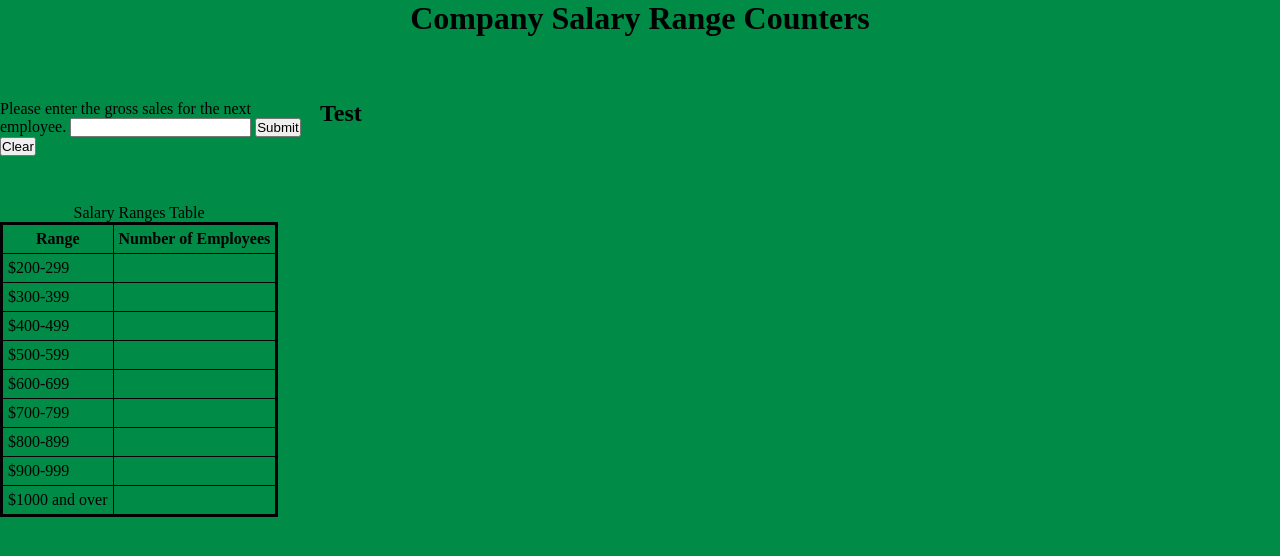
Repository: mlmEFSC21/P17-Sales-Commision
Page: sales.html
The author's editor kept a copy of each file at every save. The page is drawn from the files as they stood at one save, then again after the next save.
The browser window is 1280 px wide. The pictures show the whole page.

Above is the page before, as saved 2022-04-02 08:01:29.

### sales.html
<!DOCTYPE html>
<html lang="en">
    <head>
        <meta charset="UTF-8" />
        <meta http-equiv="X-UA-Compatible" content="IE=edge" />
        <meta name="viewport" content="width=device-width, initial-scale=1.0" />
        <link rel="stylesheet" href="sales.css" />
        <script defer src="sales.js"></script>
        <title>Company Salary Range Counters</title>
    </head>
    <body>
        <header class="mainHeader">
            <h1>Company Salary Range Counters</h1>
        </header>
        <section class="mainContent">
            <div class="formContainer" id="formContainer">
                <form class="salaryForm" id="salaryForm">
                    <label for="grossSales"
                        >Please enter the gross sales for the next employee.</label
                    >
                    <input type="text" name="grossSales" class="salesInp" id="salesInp" required />
                    <button type="submit" class="submit-btn" id="submit-btn">Submit</button>
                    <button type="reset" class="clear-btn" id="clear-btn">Clear</button>
                </form>
            </div>
            <div class="currentSalary">
                <h2>Test</h2>
            </div>
            <div class="tableContainer" id="tableContainer">
                <table>
                    <caption>
                        Salary Ranges Table
                    </caption>
                    <thead>
                        <tr>
                            <th>Range</th>
                            <th>Number of Employees</th>
                        </tr>
                    </thead>
                    <tbody>
                        <tr>
                            <td>$200-299</td>
                            <td class="ranges" id="ranges"></td>
                        </tr>
                        <tr>
                            <td>$300-399</td>
                            <td class="ranges" id="ranges"></td>
                        </tr>
                        <tr>
                            <td>$400-499</td>
                            <td class="ranges" id="ranges"></td>
                        </tr>
                        <tr>
                            <td>$500-599</td>
                            <td class="ranges" id="ranges"></td>
                        </tr>
                        <tr>
                            <td>$600-699</td>
                            <td class="ranges" id="ranges"></td>
                        </tr>
                        <tr>
                            <td>$700-799</td>
                            <td class="ranges" id="ranges"></td>
                        </tr>
                        <tr>
                            <td>$800-899</td>
                            <td class="ranges" id="ranges"></td>
                        </tr>
                        <tr>
                            <td>$900-999</td>
                            <td class="ranges" id="ranges"></td>
                        </tr>
                        <tr>
                            <td>$1000 and over</td>
                            <td class="ranges" id="ranges"></td>
                        </tr>
                    </tbody>
                    <tfoot></tfoot>
                </table>
            </div>
        </section>
    </body>
</html>

### sales.css
:root {
    --clr-background: #008b47;
    --clr-primary: #f8cd24;
    --clr-secondary: #6bb64a;
}
*,
*::after,
*::before {
    box-sizing: border-box;
    margin: 0;
    padding: 0;
}
body {
    background-color: var(--clr-background);
}
.mainHeader {
    text-align: center;

    height: 100px;
}
h1 {
    vertical-align: middle;
}
.mainContent {
    display: grid;
    grid-template-rows: 1fr 3fr;
    grid-template-columns: 1fr 3fr;
}
table {
    border-collapse: collapse;
    border: 3px solid black;
}
th,
tr,
td {
    border: 1px solid black;
    margin: 5px;
    padding: 5px;
}

### sales.js
//  base salary = $200 + commission
// commission = gross sales * 9%
// range floor / 100 - 2 = index 0 - 8
// test: x1 = Math.floor(218 / 100) - 2;
// works for all ranges below the last. Just check for >1000 first.
const baseSalary = 200;
let commissionAmount = 0;
let totalSalary = 0;
let employeeNum = 0;
let salaryRanges = [0, 0, 0, 0, 0, 0, 0, 0, 0];
let weeklyGrossSales = [];

const form = document.querySelector("#salaryForm");
const salesInput = document.getElementById("salesInp");
const td = document.querySelectorAll("td#ranges");
form.addEventListener("submit", getWeeklySal);
const resetBtn = document.querySelector("#clear-btn");
resetBtn.addEventListener("click", clearAllSalaries);

function getWeeklySal(e) {
    e.preventDefault();
    employeeNum++;
    weeklyGrossSales = parseInt(salesInput.value);
    calcCommission();
    calcTotalWeeklySalary();
    calcSalaryRange(totalSalary);
    fillRangeCol();
    salesInput.value = "";
}
function calcCommission() {
    commissionAmount = weeklyGrossSales * 0.09;
}
function calcTotalWeeklySalary() {
    totalSalary = baseSalary + commissionAmount;
    console.log(totalSalary);
    console.log(salaryRanges);
}
function calcSalaryRange(totalSalary) {
    if (totalSalary >= 1000) {
        salaryRanges[8] += 1;
    } else if (totalSalary < 1000) {
        let i = Math.floor(totalSalary / 100) - 2;
        salaryRanges[i] = salaryRanges[i] + 1;
    }
}
//append the table
function fillRangeCol() {
    for (let i = 0; i < salaryRanges.length; i++) {
        td[i].innerText = salaryRanges[i];
    }
}
//reset button
function clearAllSalaries() {
    salesInput.value = "";
    salaryRanges = [0, 0, 0, 0, 0, 0, 0, 0, 0];
    weeklyGrossSales = [];
    for (let i = 0; i < salaryRanges.length; i++) {
        td[i].innerText = 0;
    }
}

console.log(salaryRanges);
console.log(weeklyGrossSales);

After the next save:
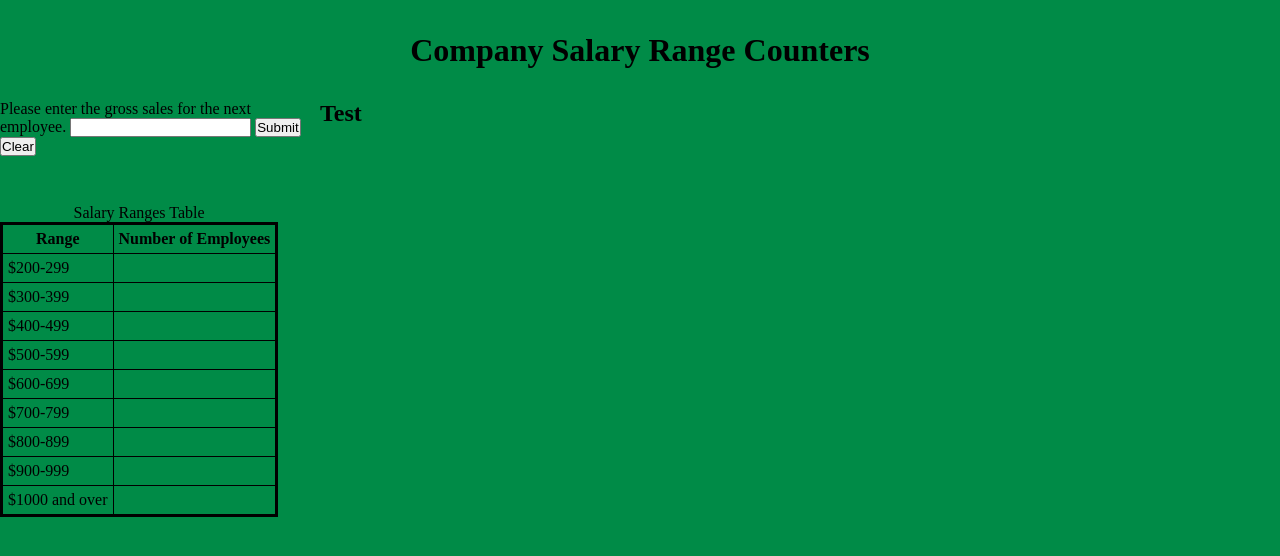
Saved 46 s later.
--- a/sales.css
+++ b/sales.css
@@ -14,13 +14,14 @@ body {
     background-color: var(--clr-background);
 }
 .mainHeader {
-    text-align: center;
+    display: flex;
+    align-items: center;
+    justify-content: center;
+    /* text-align: center; */
 
     height: 100px;
 }
-h1 {
-    vertical-align: middle;
-}
+
 .mainContent {
     display: grid;
     grid-template-rows: 1fr 3fr;
